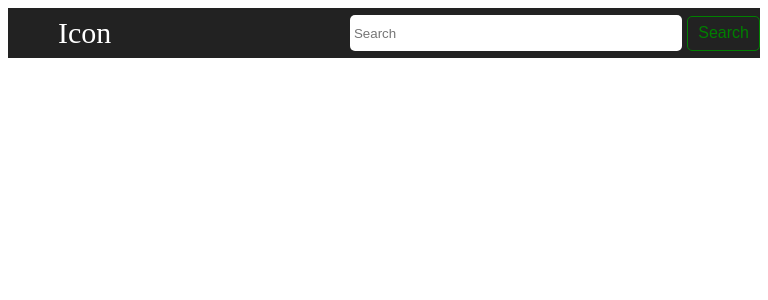
Repository: CryptoFamilyNFT/develhope
Page: css/navbar/navbar.html
An editor plug-in stored every save of this project. The page is shown before and after the next save, followed by the edit.
The browser window is 768 px wide. The pictures show the whole page.

Above is the page before, as saved 2024-11-18 10:56:52.

### css/navbar/navbar.html
<!DOCTYPE html>
<html lang="en">

<head>
    <meta charset="UTF-8">
    <meta name="viewport" content="width=device-width, initial-scale=1.0">
    <title>Esercizio Navbar</title>
    <link rel="stylesheet" href="navbar.css">
</head>

<body>
    <header>
        <nav>
            <div class="GridBar">
                <div class="LogoText">
                    <button class="LogoButton">
                        Navbar
                    </button>
                </div>
                <div class="menu-icon">Icon</div>
                <div class="BarSideLeft">
                    <ul>
                        <li>
                            <button class="NavButton">
                                Home
                            </button>
                        </li>
                        <li>
                            <button class="NavButton">
                                Navbar
                            </button>
                        </li>
                        <li>
                            <select>
                                <option value="Dropdown">
                                    <div class="text">Dropdown</div>
                                </option>
                                <hr />
                                <option value="FAQ">FAQ</option>
                                <option value="T&C">T&C</option>
                            </select>
                        </li>
                        <li>
                            <button disabled class="NavButtonDisabled">
                                Disabled
                            </button>
                        </li>
                    </ul>
                </div>
                <div class="RightSideBar">
                    <input placeholder="Search">
                    <button class="buttonSearch">
                        Search
                    </button>
                </div>
            </div>
        </nav>
    </header>
    <main>
        <!-- Contento main -->
    </main>
    <footer>
        <!-- Contento footer -->
    </footer>
</body>

</html>

### css/navbar/navbar.css
nav {
    background-color: #222;
    display: flex;
    flex-direction: row;
    height: 50px;
    width: 100%;
}

ul {
    list-style-type: none;
    display: flex;
    flex-direction: row;
    padding-inline-start: 10px;
    gap: 10px;
}

.BarSideLeft {
    padding-left: 10px;
}

select {
    background-color: transparent;
    font-size: 18px;
    font-size: large;
    color: white;
    border-color: transparent;
}

select:hover {
    background-color: rgb(239, 234, 234);
    color: black;
    border-radius: 2px;
}

li {
    height: auto;
}

input {
    height: 60%;
    border: 2px solid transparent;
    border-radius: 5px;
    min-width: 50%;

    @media (max-width: 780px) {
        width: auto;
    }
}

.buttonSearch {
    padding: 5px 10px;
    height: 70%;
    background-color: transparent;
    border: 1px solid green;
    font-size: medium;
    border-radius: 5px;
    color: green
}

.GridBar {
    display: flex;
    flex-direction: row;
    grid-row: 1;
    align-items: center;
    width: 100%;
    height: 100%;
}

.RightSideBar {
    width: 100%;
    height: 100%;
    display: flex;
    flex-direction: row;
    justify-content: flex-end;
    padding-right: 10px;
    align-items: center;
    gap: 5px;
}

.LogoText {
    padding-inline-start: 10px;
}

.NavButton {
    height: auto;
    background-color: transparent;
    border: 1px solid transparent;
    font-size: large;
    color: whitesmoke;
}

.NavButton:hover {
    background-color: rgb(239, 234, 234);
    color: black;
    border-radius: 2px;
}

.LogoButton {
    height: auto;
    background-color: transparent;
    border: 1px solid transparent;
    font-size: 25px;
    color: whitesmoke;
}

.LogoButton:hover {
    background-color: rgb(239, 234, 234);
    color: black;
    border-radius: 2px;
}

.menu-icon {
    display: none;
    font-size: 30px;
    color: white;
    cursor: pointer;
}

.NavButtonDisabled {
    height: auto;
    background-color: transparent;
    border: 1px solid transparent;
    font-size: large;
    color: gray;
}

@media (max-width: 780px) {
    .NavButton {
        display: none;
    }

    .LogoText {
        display: none;
    }

    .LogoButton {
        display: none;
    }

    .RightSideBar {
        padding-right: 0px;
    }

    .NavButtonDisabled {
        display: none;
    }

    .BarSideLeft {
        display: none;
    }

    .menu-icon {
        display: block;
        padding-left: 50px;
    }
}

After the next save:
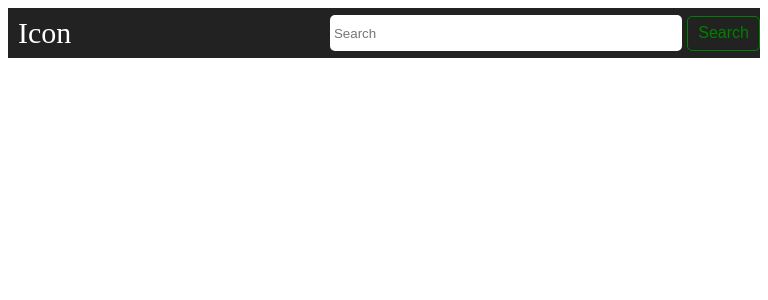
Saved 4 s later.
--- a/css/navbar/navbar.css
+++ b/css/navbar/navbar.css
@@ -151,6 +151,6 @@ input {
 
     .menu-icon {
         display: block;
-        padding-left: 50px;
+        padding-left: 10px;
     }
 }
